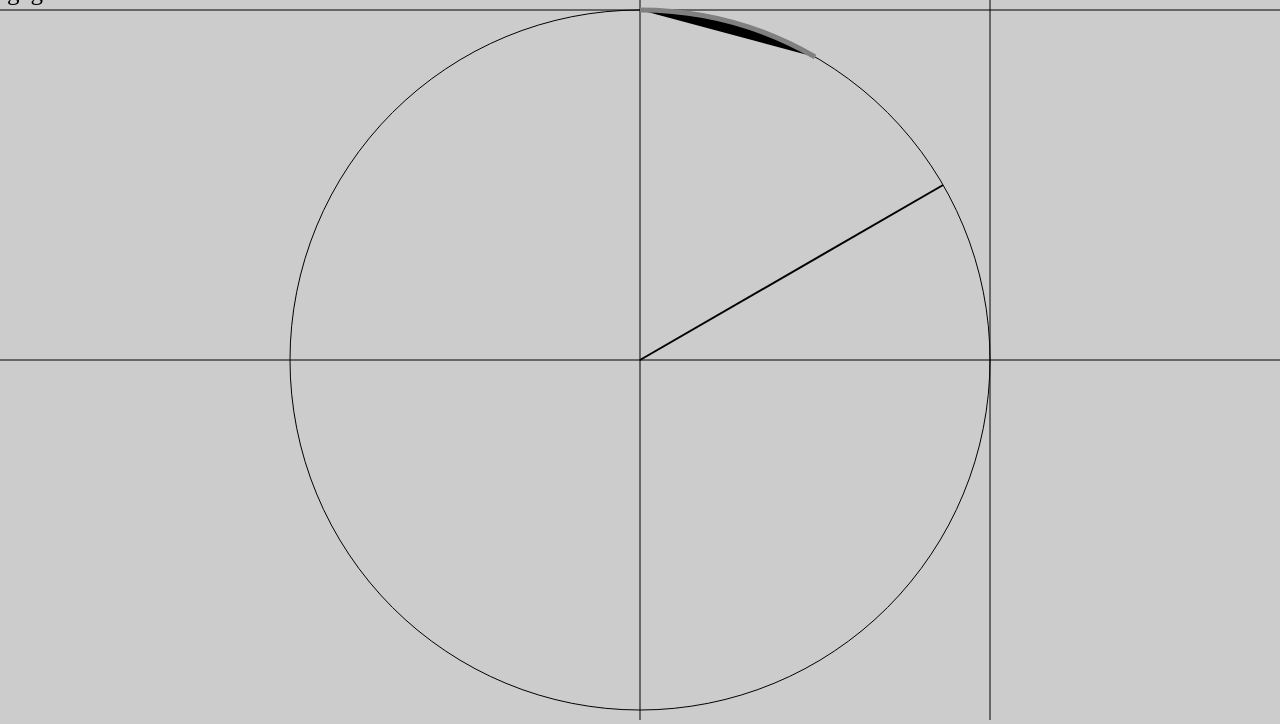
Repository: BraynStorm/braynstorm.github.io
Page: JSDrawing/index.html
The author's editor kept a copy of each file at every save. The page is drawn from the files as they stood at one save, then again after the next save.
The browser window is 1280 px wide. The pictures show the whole page.

Above is the page before, as saved 2015-02-24 17:49:21.

### JSDrawing/index.html
<!DOCTYPE html>
<html>
	<head>
		<meta charset="UTF-8">
		<title>Insert title here</title>
		<link rel="stylesheet" type="text/css" href="main.css"/>
		<script type="text/javascript" src="js/jquery-2.1.3.min.js"></script>
		<script type="text/javascript" src="js/swgDrawing.js"></script>

	</head>
	<body>
		<div id="content">
			<svg width="100%" height="100%">
				<circle id="mainCircle" fill="none" stroke="black" />
				<line style="stroke:rgb(0,0,0);stroke-width:1;" id="sinAxis" />
				<line style="stroke:rgb(0,0,0);stroke-width:1;" id="cosAxis" />

				<line style="stroke:rgb(0,0,0);stroke-width:1;" id="tgAxis" />
				<line style="stroke:rgb(0,0,0);stroke-width:1;" id="cotgAxis" />

				<text style="font-size:25px;">cos</text>
				<text style="font-size:25px;">sin</text>
				<text style="font-size:25px;">tg</text>
				<text style="font-size:25px;">cotg</text>


				<!--  THE ANGLE

				<line id="sinLine" style="stroke:rgb(0,0,0);stroke-width:2;" />
				<line id="cosLine" style="stroke:rgb(0,0,0);stroke-width:2;" />
				<line id="sinLine" style="stroke:rgb(0,0,0);stroke-width:2;" />
				<line id="sinLine" style="stroke:rgb(0,0,0);stroke-width:2;" />
				 -->

				<line id="angleArm" style="stroke:rgb(0,0,0);stroke-width:2;" />
				<path id="angleArc" stroke="grey" stroke-width="5" />
			</svg>

			<input type="text" value="30" id="angleBox" />
		</div>
	</body>
</html>

### JSDrawing/main.css
@CHARSET "UTF-8";

body{
	background-color: #CCC;
	padding: 0;
	margin: 0;
	overflow: hidden;
}

svg{
	margin-top: 0px;
}

#angleBox{
	position: fixed;
	bottom: 10px;
}

### JSDrawing/js/swgDrawing.js
$(document).ready(function (){
	var box			= $("#angleBox");
	var beginX		= window.innerWidth/2;
	var beginY		= window.innerHeight/2;


	var radius		= 350;

	var svg			= $('svg');

	var circle		= $('#mainCircle');

	var sinAxis 	= $("#sinAxis");
	var cosAxis		= $("#cosAxis");
	var tgAxis		= $("#tgAxis");
	var cotgAxis	= $("#cotgAxis");
	var angleArm	= $("#angleArm");
	var angleArc	= $("#angleArc");

	svg.css({
		width:  window.innerWidth,
		height: window.innerHeight
	});

	circle.attr({
		cx : beginX,
		cy : beginY,
		r : radius
	});

	sinAxis.attr({
		x1: beginX,
		y1: 0,
		x2: beginX,
		y2: window.innerHeight
	});


	cosAxis.attr({
		x1: 0,
		y1: beginY,
		x2: window.innerWidth,
		y2: beginY
	});


	tgAxis.attr({
		x1: beginX + radius,
		y1: 0,
		x2: beginX + radius,
		y2: window.innerHeight
	});

	cotgAxis.attr({
		x1: 0,
		y1: beginY - radius,
		x2: window.innerWidth,
		y2: beginY - radius
	});

	angleArm.attr({
		x1: beginX,
		y1: beginY
	});

	var angle = 0;


	var animator;


	animateAngle();

	function animateAngle(){
		var toAngle = parseInt(box.val());

		if(angle-toAngle > 0){
			angle -= 1;
		}else if (angle-toAngle < 0){
			angle += 1;
		}

		var radians = angle * (Math.PI / 180);

		x = beginX + (Math.cos(radians) * radius);


		y = beginY - (Math.sin(radians) * radius);


		angleArm.attr("x2", x);
		angleArm.attr("y2", y);

		angleArc.attr("d", describeArc(beginX, beginY, radius, 0, angle));


		animator = setTimeout(animateAngle, 15);
	}

	function describeArc(x, y, radius, startAngle, endAngle){

	    var start = polarToCartesian(x, y, radius, endAngle);
	    var end = polarToCartesian(x, y, radius, startAngle);

	    var arcSweep = endAngle - startAngle <= 180 ? "0" : "1";

	    var d = [
	        "M", start.x, start.y,
	        "A", radius, radius, 0, arcSweep, 0, end.x, end.y
	    ].join(" ");

	    return d;
	}
	function polarToCartesian(centerX, centerY, radius, angleInDegrees) {
		  var angleInRadians = (angleInDegrees-90) * Math.PI / 180.0;

		  return {
		    x: centerX + (radius * Math.cos(angleInRadians)),
		    y: centerY + (radius * Math.sin(angleInRadians))
		  };
		}

});

Loaded but not shown: JSDrawing/js/jquery-2.1.3.min.js (library)

After the next save:
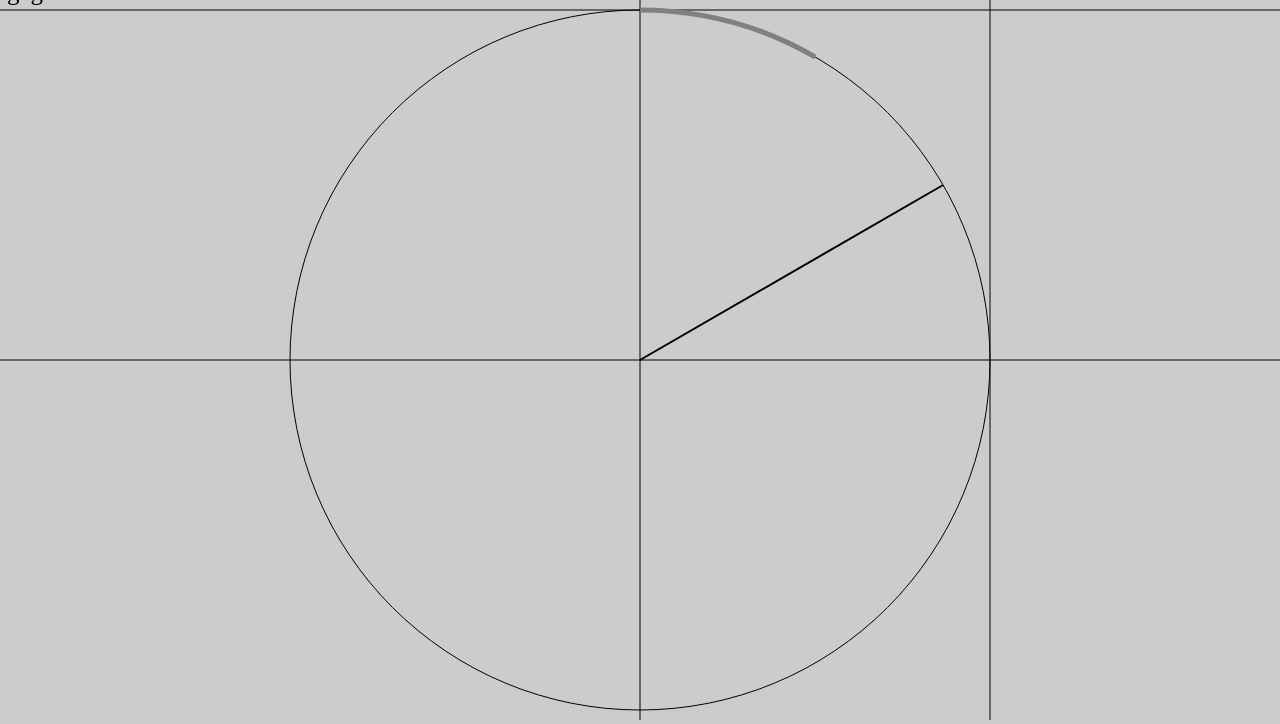
Saved 10 s later.
--- a/JSDrawing/index.html
+++ b/JSDrawing/index.html
@@ -33,7 +33,7 @@
 				 -->
 
 				<line id="angleArm" style="stroke:rgb(0,0,0);stroke-width:2;" />
-				<path id="angleArc" stroke="grey" stroke-width="5" />
+				<path id="angleArc" stroke="grey" stroke-width="5" fill="none"/>
 			</svg>
 
 			<input type="text" value="30" id="angleBox" />
